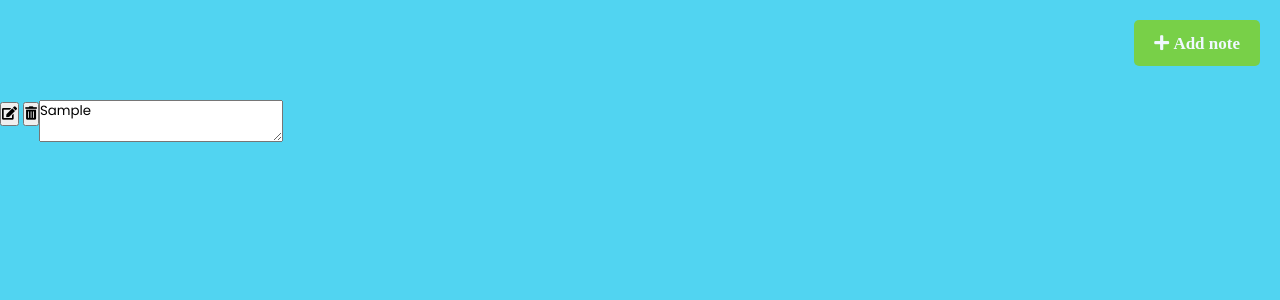
Repository: northpx/noteslist
Page: index.html
An editor plug-in stored every save of this project. The page is shown before and after a run of saves, followed by the edit.
The browser window is 1280 px wide. The pictures show the whole page.
Empty fields were first filled with sample values (such as "Sample", 5 or name@example.com).
After loading, the first visible `button.add` was clicked once.
Some web libraries are served in a nearby version.

Above is the page before, as saved 2023-01-08 09:38:51.
Console error (its wording comes from the project's code and is left out).

### index.html
<!DOCTYPE html>
<html lang="en">
<head>
    <meta charset="UTF-8">
    <meta http-equiv="X-UA-Compatible" content="IE=edge">
    <meta name="viewport" content="width=device-width, initial-scale=1.0">
    <link rel="stylesheet" href="https://cdnjs.cloudflare.com/ajax/libs/font-awesome/5.14.0/css/all.min.css"
    integrity="sha512-1PKOgIY59xJ8Co8+NE6FZ+LOAZKjy+KY8iq0G4B3CyeY6wYHN3yt9PW0XpSriVlkMXe40PTKnXrLnZ9+fkDaog=="
    crossorigin="anonymous" />
    <link rel="stylesheet" href="style.css">
    <title>Notes List</title>
</head>
<body>
    <button class="add" onclick="addNewNote()">
        <i class="fas fa-plus"> Add note</i>
    </button>
    <div class="tools">
        <button class="edit"><i class="fas fa-edit"></i></button>
        <button class="delete"><i class="fas fa-trash-alt"></i></button>
    </div>
    <div class="main ${text ? "" : "hidden"}"></div>
    <textarea class="${text ? "hidden" : ""}"></textarea>
    <script src="script.js"></script>
</body>
</html>

### style.css
@import url('https://fonts.googleapis.com/css2?family=Poppins:ital,wght@0,200;0,300;0,400;0,500;0,600;0,700;0,800;0,900;1,200;1,300;1,400;1,500;1,600;1,700;1,800;1,900&family=Roboto:ital,wght@0,100;0,300;0,400;0,500;0,700;0,900;1,100;1,300;1,400;1,500;1,700;1,900&display=swap');

*{
    margin: 0;
    padding: 0;
    box-sizing: border-box;
    font-family: 'Poppins';
}
body{
    background-color: rgba(22, 198, 237, 0.747);
    display: flex;
    flex-wrap: wrap;
    padding: 100px 0px;
}

.add{
    position: fixed;
    top: 20px;
    right: 20px;
    background-color: rgb(120, 208, 72);
    border: none;
    color: aliceblue;
    border-radius: 5px;
    padding: 10px 20px;
    cursor: pointer;
    font-size: 17px;
    font-weight: 500;
}

### script.js
"use strict"
const addBtn = document.querySelector(".add")
function addNewNote(text='') {
    const note = document.createElement('div')
    const tools = document.querySelector('.tools')
    note.classList.add('note')
    note.appendChild()

}

After the next 2 saves:
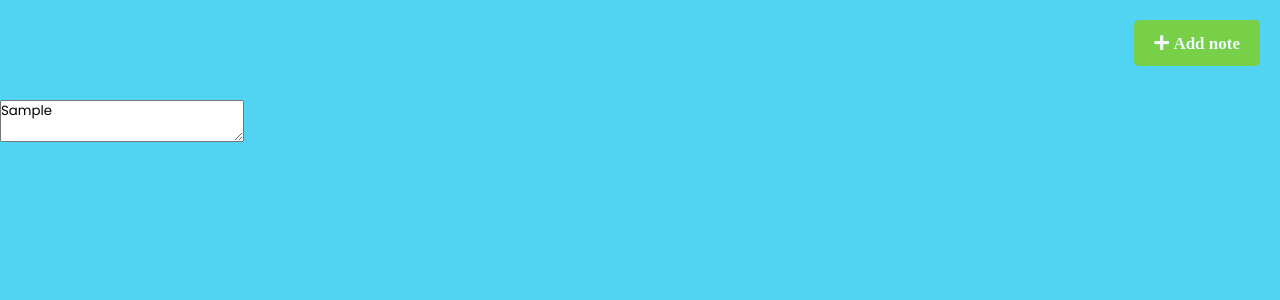
The error is gone.
The 2 saves are shown as one change because they came seconds apart.
The last was saved 11 s later.
--- a/script.js
+++ b/script.js
@@ -4,6 +4,5 @@ function addNewNote(text='') {
     const note = document.createElement('div')
     const tools = document.querySelector('.tools')
     note.classList.add('note')
-    note.appendChild()
-
+    note.appendChild(tools)
 }
